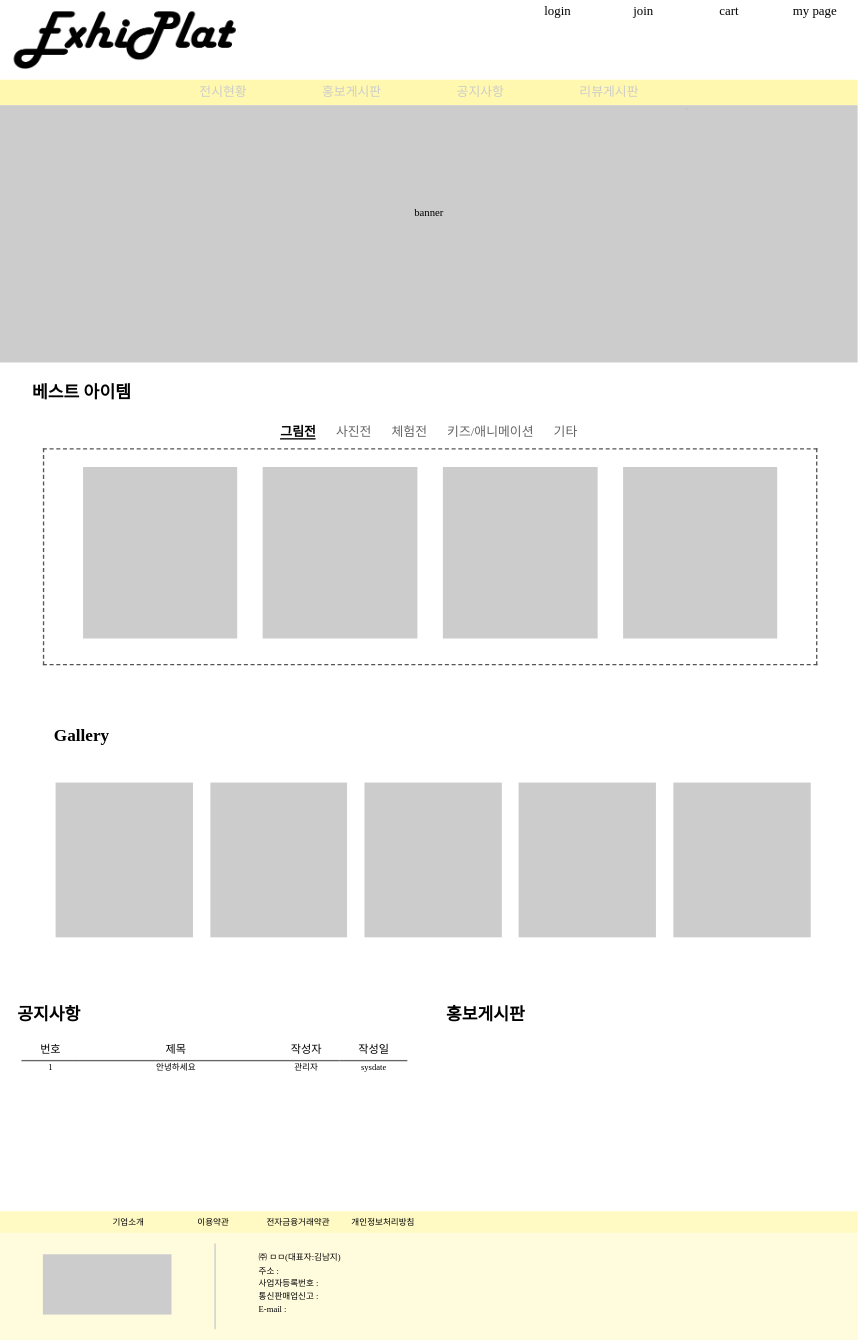
Repository: pnamjitoo/exhibition
Page: http://localhost/exhibition/source/main/index.jsp
These files come from the project's save history. The page is drawn as it stood at one moment and after the next save; the edit follows.
The browser window is 1280 px wide. The pictures show the whole page, at 67% of full size.
Some web fonts or font styles are not loaded; a fallback is used. Some web libraries are served in a nearby version. The page is served by Tomcat 9.

Above is the page before, as saved 2022-09-11 00:50:58.

After the next save:
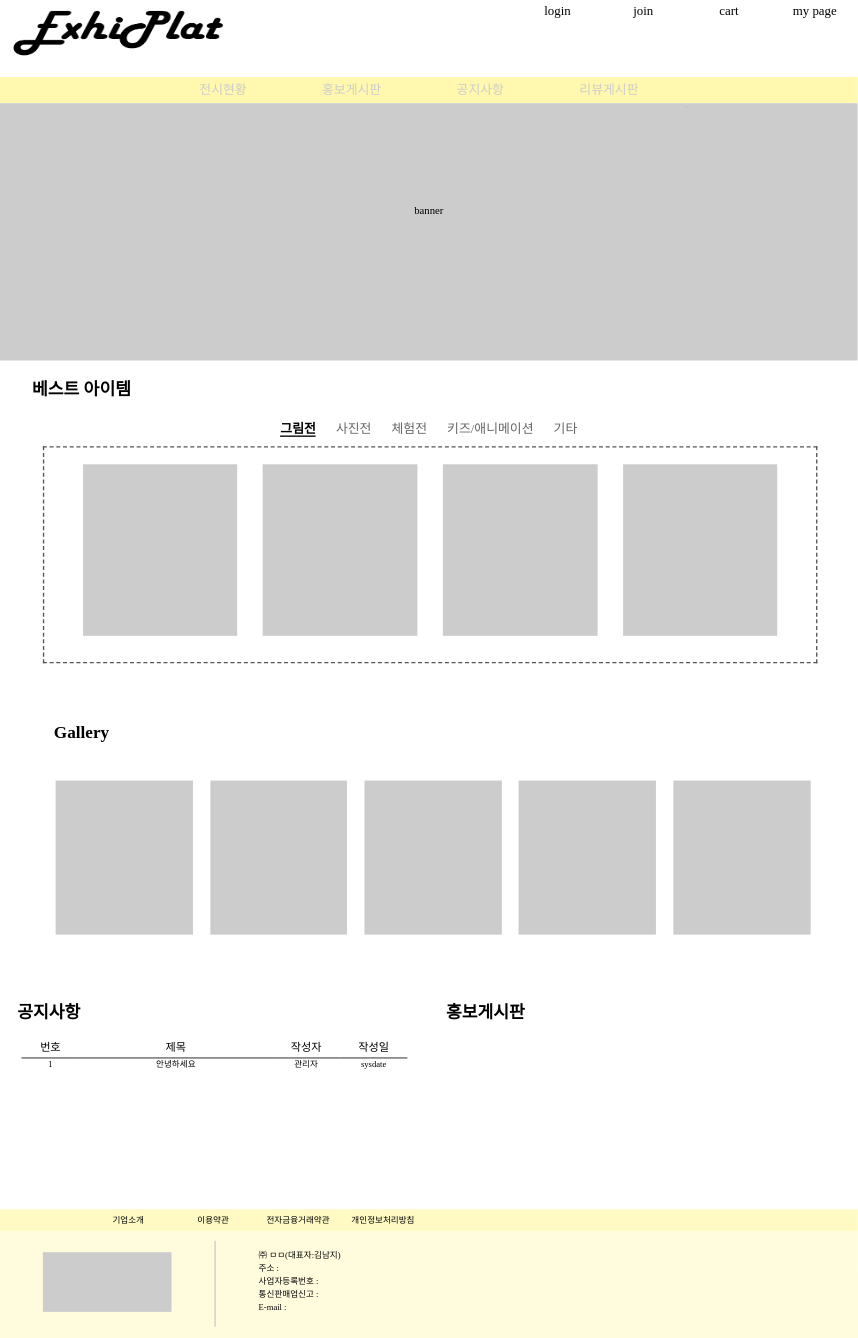
Saved 23 s later.
--- a/exhibition/src/main/webapp/source/main/header.jsp
+++ b/exhibition/src/main/webapp/source/main/header.jsp
@@ -23,7 +23,7 @@
     <div id="wrap">
         <header>
             <div id="logo">
-				<img width='350' height='90' src="${pageContext.request.contextPath}/image/logo.png">
+				<img width='330' height='70' src="${pageContext.request.contextPath}/image/logo.png">
             </div><!--//logo-->
             <div id="top_menu">
                 <ul>
